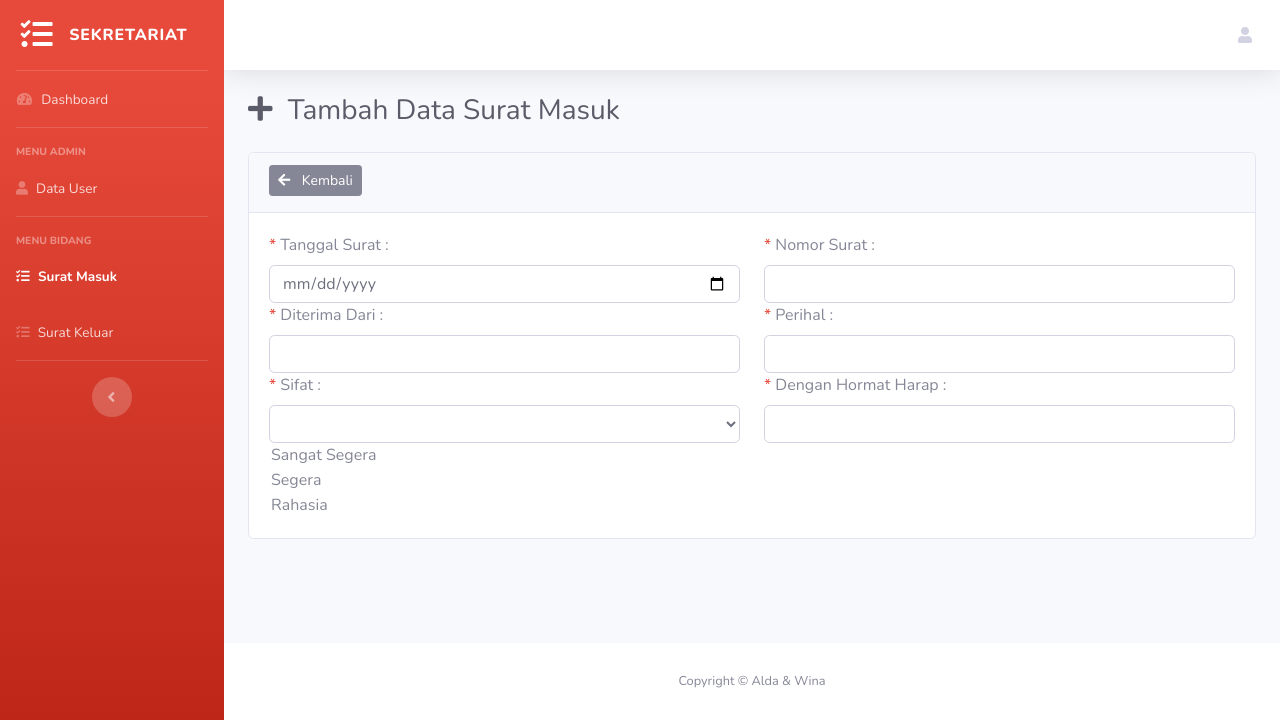
Repository: aldasamrotulfuadah/projek-PKL
Page: http://localhost/suratmasuk/create
These files come from the project's save history. The page is drawn as it stood at one moment and after the next save; the edit follows.
The browser window is 1280 px wide. The pictures show the whole page.
The page is served by the project's Laravel application, run on PHP 8.4 with Laravel 12. A made-up administrator, Test User (test@example.com), is signed in.

Above is the page before, as saved 2026-03-12 11:12:35.

After the next save:
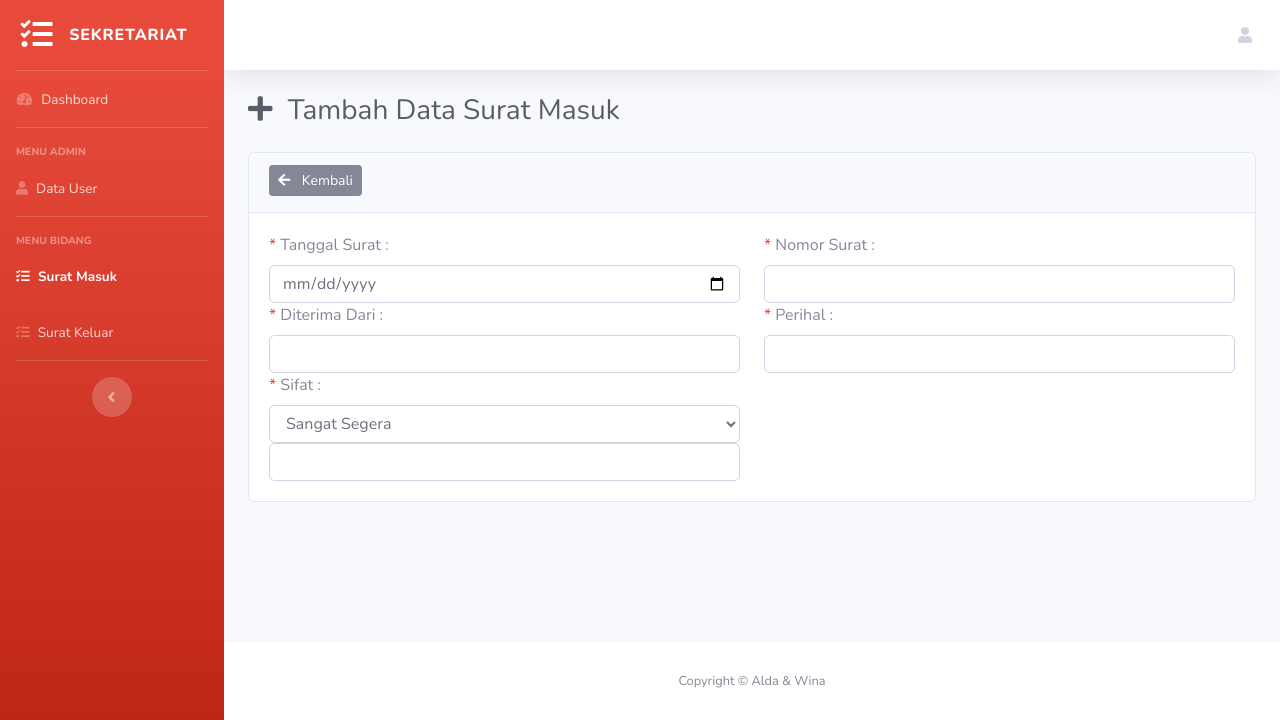
Saved 8 s later.
--- a/resources/views/suratm/create.blade.php
+++ b/resources/views/suratm/create.blade.php
@@ -56,7 +56,7 @@
                         <span class="text-danger">*</span>
                         Sifat :
                     </label>
-                    <select name="sifat" class="form-control"></select>
+                    <select name="sifat" class="form-control">
                   <option value="Sangat_Segera">Sangat Segera</option>
                   <option value="Segera">Segera</option>
                   <option value="Rahasia">Rahasia</option>
